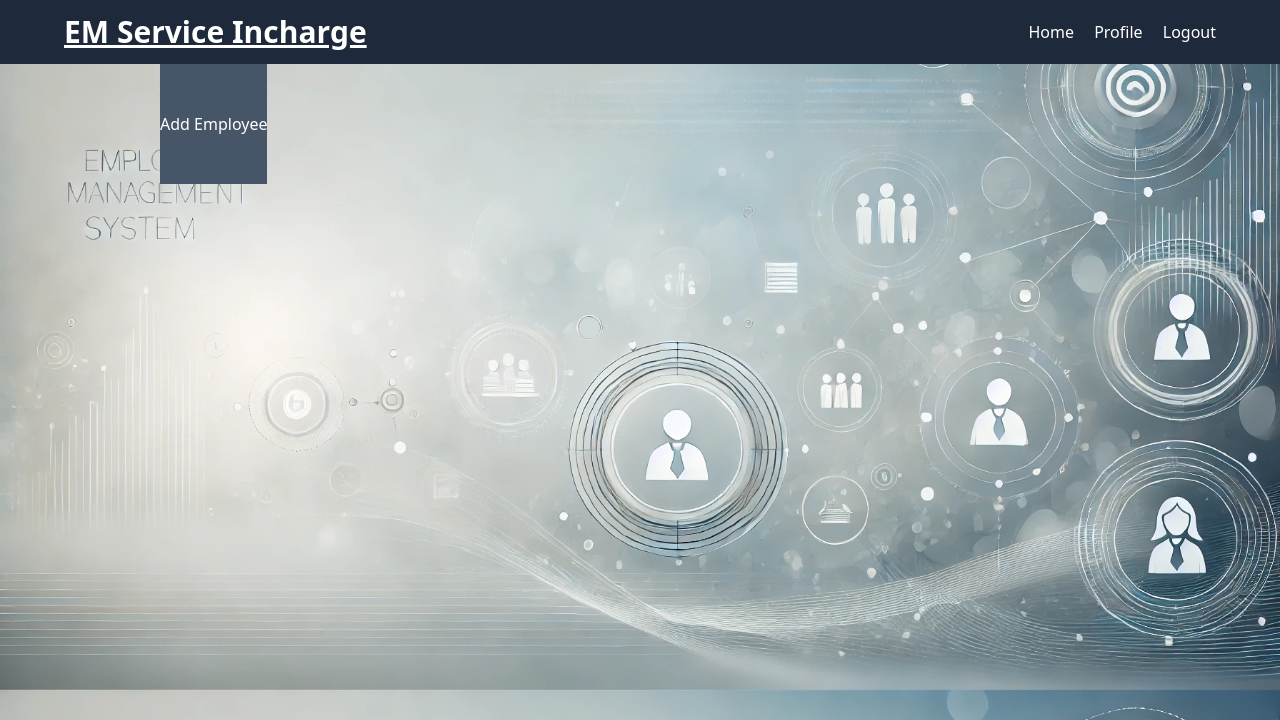
Repository: Vaibhav979/EmployeeManagement-Spring
Page: / (app in em-project-view/)
These files come from the project's save history. The page is drawn as it stood at one moment and after the next save; the edit follows.
The browser window is 1280 px wide. The pictures show the whole page.
The project was rebuilt for these pictures with package versions that can differ from the ones it lists, and the page was loaded fresh each time. Also part of the build but not shown: em-project-view/vite.config.js.

Above is the page before, as saved 2025-01-02 22:40:29.

### em-project-view/src/App.jsx
import { useState } from "react";
import "./App.css";

function App() {
  return (
    <>
      <div className="bg-slate-800 flex h-16 px-16 items-center">
        <h1 className="text-3xl font-bold underline">EM Service Incharge</h1>
        <div className="space-x-4 ml-auto">
          <a className="hover:text-blue-400" href="/">
            {" "}
            Home{" "}
          </a>
          <a className="hover:text-blue-400" href="/">
            {" "}
            Profile{" "}
          </a>
          <a className="hover:text-blue-400" href="/">
            {" "}
            Logout
          </a>
        </div>
      </div>

      <div>
        <button className="bg-slate-600 hover:bg-blue-700 mx-40 py-12 font-semi-bold">
          Add Employee
        </button>
      </div>
    </>
  );
}

export default App;

### em-project-view/src/App.css
/* #root {
  max-width: 1280px;
  margin: 0 auto;
  padding: 2rem;
  text-align: center;
} */

.App {
  text-align: left;
}

body {
  background-image: url(./assets/image.png);
  background-size: cover;
  background-position: center;
  color: #ffffff;
  height: 90vh;
}

Loaded but not shown: em-project-view/index.html (common file); em-project-view/src/main.jsx (common file); em-project-view/src/index.css (common file); em-project-view/tailwind.config.js (common file)

After the next save:
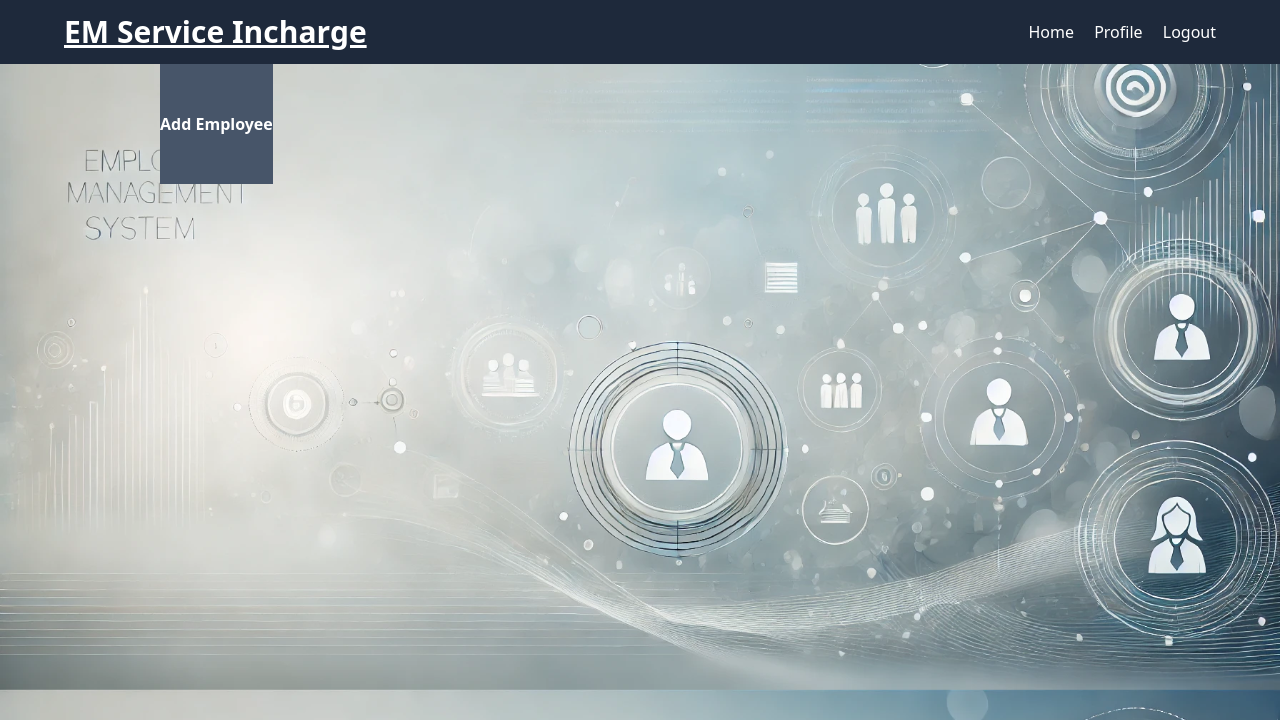
Saved 9 s later.
--- a/em-project-view/src/App.jsx
+++ b/em-project-view/src/App.jsx
@@ -23,7 +23,7 @@ function App() {
       </div>
 
       <div>
-        <button className="bg-slate-600 hover:bg-blue-700 mx-40 py-12 font-semi-bold">
+        <button className="bg-slate-600 hover:bg-blue-700 mx-40 py-12 font-semibold">
           Add Employee
         </button>
       </div>
